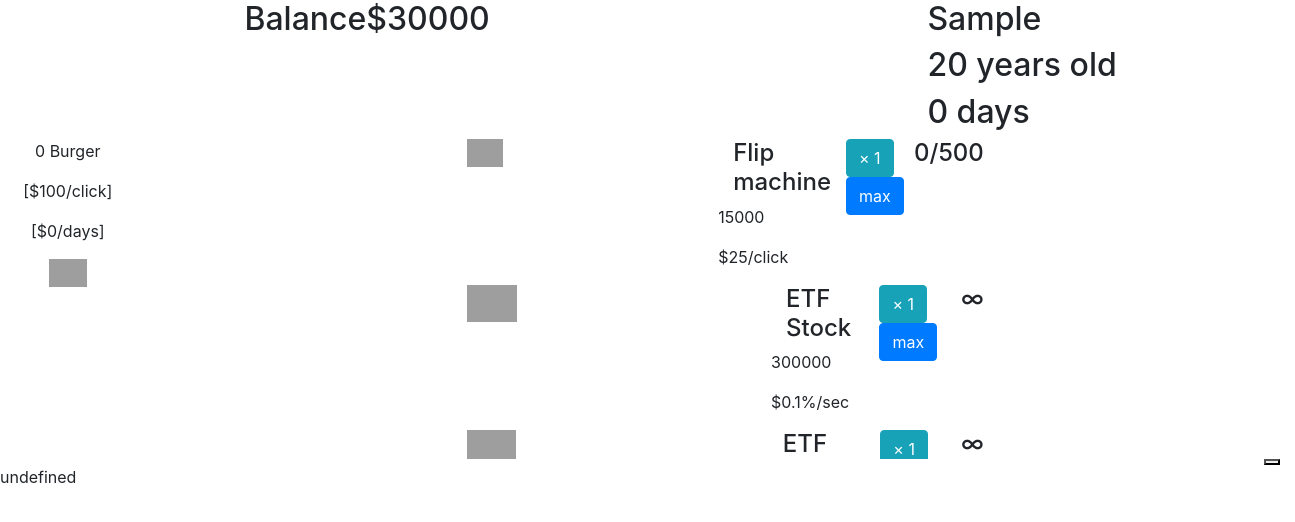
Repository: yu-yaba/Clicker-empire-game
Page: index.html
These files come from the project's save history. The page is drawn as it stood at one moment and after the next save; the edit follows.
The browser window is 1280 px wide. The page is 1295 px wide, so the pictures cover 1295 px, including what lies to the right of the window. The pictures show the whole page.
Empty fields were first filled with sample values (such as "Sample", 5 or name@example.com).
After loading, the first visible `button.btn` was clicked once.
Pictures or frames that could not be fetched are drawn as grey boxes.

Above is the page before, as saved 2023-01-22 10:28:07.

### index.html
<!DOCTYPE html>
<html lang="ja">
<head>
    <meta charset="UTF-8">
    <meta name="viewport" content="width=device-width, initial-scale=1.0">
    <link rel="stylesheet" href="stylesheet.css">
    <link rel="stylesheet" href="https://stackpath.bootstrapcdn.com/bootstrap/4.5.0/css/bootstrap.min.css" integrity="sha384-9aIt2nRpC12Uk9gS9baDl411NQApFmC26EwAOH8WgZl5MYYxFfc+NcPb1dKGj7Sk" crossorigin="anonymous">
    <title>Clicker Empire Game</title>
</head>
<body>
<div id="initial-form" class="">
    <div class="vh-100 bg-dark d-flex justify-content-center align-items-center">
        <div class="col-12 col-md-6 text-center">
            <div class="bg-white p-4">
                <h2>Clicker Empire Game</h2>
                <form onsubmit=" event.preventDefault();">
                    <div class="form-group">
                        <input type="name" class="form-controll col-11 my-3 text-center" placeholder="Your name" id="userName" required>
                    </div>
                    <div class="d-flex justify-content-around">
                        <button type="submit" class="btn btn-primary col-5" onclick="registerAccount()">New</button>
                        <button type="submit" class="btn btn-primary col-5" onclick="loginAccount()">Login</button>
                    </div>
                </form>
            </div>
        </div>
    </div>
</div>

<div id="main-page" class="d-none">
    <div class="vh-100 bg-dark justify-content-center align-items-center">
        <div class="col-12 col-md-11 justify-content-center container">
            <div class=>
                <div id="balance-info" class="col-12 col-md-7"></div>
                <div id="user-info" class="col-12 col-md-5 d-flex justify-content-center"></div>
            </div>
            <div class=>
                <div id="hamburger-info" class="col-12 col-md-4"></div>
                <div id="item-info" class="col-12 col-md-8"></div>
            </div>
            <div id="data-info"></div>
        </div>
    </div>
</div>
<script type="text/javascript" src="text.js"></script>
</body>
</html>

### stylesheet.css
.img-fluid {
    max-width: 40%;
    height: auto;
}

.available {
    color: rgb(19, 203, 19);
}

.no-available {
    color: red;
}

### text.js
const config = {
    initialForm : document.getElementById("initial-form"),
    mainPage : document.getElementById("main-page"),
    balanceInfo : document.getElementById("balance-info"),
    hamburgerInfo : document.getElementById("hamburger-info"),
    userInfo : document.getElementById("user-info"),
    itemInfo : document.getElementById("item-info"),
    dataInfo : document.getElementById("data-info"),
    userName : document.getElementById("userName"),
};

function displayBlock (ele) {
    ele.classList.remove("d-none");
    ele.classList.add("d-block");
}

function displayNone (ele) {
    ele.classList.remove("d-block");
    ele.classList.add("d-none");
}
class UserAccount {
    constructor(name, age, days, money, profitPerClick, profitPerSeconds, belongings, hamburger){
        this.name = name;
        this.age = age;
        this.days = days;
        this.money = money;
        this.profitPerClick = profitPerClick;
        this.profitPerSeconds = profitPerSeconds;
        this.belongings = belongings;
        this.hamburger = hamburger;
    }

    increaseHamburgerPerClick () {
        return this.hamburger ++;
    }

    addClickProfit () {
        return this.money += this.profitPerClick;
    }

    addSecondsProfit () {
        return this.money += this.profitPerSeconds;
    }

    reduceBalance (price) {
        return this.money -= price;
    }

    increaseDay () {
        return this.days ++;
    }

    growOld () {
        return this.age ++;
    }

    addProfit (profit, type) {
        if (type == "ability") return this.profitPerClick += profit;
        else return this.profitPerSeconds += profit;
    }


};

class Item {
    constructor(name, price, purchaseLimit, purchaseQuantity, profit, type, imgUrl){
        this.name = name;
        this.price = price;
        this.purchaseLimit = purchaseLimit;
        this.purchaseQuantity = purchaseQuantity;
        this.profit = profit;
        this.type = type;
        this.imgUrl = imgUrl;
    }

    increasePurchaseQuantity (quantity) {
        this.purchaseQuantity += quantity;
    }

    increaseAssets (quantity) {
        if (this.name == "ETF Stock") {
            this.profit = (this.price * (this.purchaseQuantity + quantity)) * 0.001;
            this.price *= 1.1;
        } else if (this.name == "ETF Bonds") {
            this.profit = (this.price * (this.purchaseQuantity + quantity)) * 0.0007;
        }
        return quantity;
    }
};

const itemList = [
    new Item("Flip machine", 15000, 500, 0, 25, "ability", "https://cdn-icons-png.flaticon.com/512/823/823215.png"),
    new Item("ETF Stock", 300000, Infinity, 0, 0.1, "investment", "https://cdn-icons-png.flaticon.com/512/4222/4222019.png"),
    new Item("ETF Bonds", 300000, Infinity, 0, 0.07, "investment", "https://cdn-icons-png.flaticon.com/512/2601/2601439.png"),
    new Item("Lemonade Stand", 30000, 1000, 0, 30, "realEstate", "https://cdn-icons-png.flaticon.com/512/941/941769.png"),
    new Item("Ice Cream Truck", 100000, 500, 0, 120, "realEstate", "https://cdn-icons-png.flaticon.com/512/3181/3181382.png"),
    new Item("House", 20000000, 100, 0, 32000, "realEstate", "https://cdn-icons-png.flaticon.com/512/619/619153.png"),
    new Item("TownHouse", 40000000, 100, 0, 64000, "realEstate", "https://cdn-icons-png.flaticon.com/512/2590/2590620.png"),
    new Item("Mansion", 250000000, 20, 0, 500000, "realEstate", "https://cdn-icons-png.flaticon.com/512/492/492058.png"),
    new Item("Industrial", 1000000000, 10, 0, 2200000, "realEstate", "https://cdn-icons-png.flaticon.com/512/1258/1258543.png"),
    new Item("Hotel Skyscraper", 10000000000, 5, 0, 25000000, "realEstate", "https://cdn-icons-png.flaticon.com/512/683/683255.png"),
    new Item("Bullet-Speed Sky Railway", 10000000000000, 1, 0, 30000000000, "realEstate", "https://cdn-icons-png.flaticon.com/512/3112/3112932.png")
]

function registerAccount () {
    let userData;
    if (config.userName.value == "yuya") userData = new UserAccount(yuya, 20, 0, 10000000, 100000, 1000, itemList, 0);
    else userData = new UserAccount (config.userName.value, 20, 0, 30000, 100, 0, itemList, 0);

    displayNone(config.initialForm);
    displayBlock(config.mainPage);
    config.mainPage.innerHTML ="";
    config.mainPage.append(createMainPage(userData));
    return userData;
}

function loginAccount () {
    let saveData = localStorage.getItem(config.userName.value);
    saveData = JSON.parse(saveData);

    if (saveData == null) {alert("データが見つかりませんでした");
        return false;
    } else {
        let loginItems = [];
        for (let i = 0; i < saveData["belongings"].length; i++) {
            let eachItem = saveData["belongings"][i];
            loginItems.push(new Item(eachItem["name"], eachItem["imgUrl"], eachItem["any"], eachItem["profit"], eachItem["purchaseQuantity"], eachItem["purchaseLimit"], eachItem["type"]))
        }

        let userData = new UserAccount(saveData["name"], saveData["age"], saveData["days"], saveData["money"], saveData["profitPerClick"], saveData["profitPerSeconds"], loginItems, saveData["hamburger"]);

    config.mainPage.innerHTML = "";
    displayNone(config.initialForm);
    displayBlock(config.mainPage);
    config.mainPage.append(createMainPage(userData))
    return userData;
    }
}


function createBalanceInfo (userData) {
    let balanceInfoCon = document.createElement("div");
    balanceInfoCon.classList.add("d-flex" ,"justify-content-center");
    balanceInfoCon.innerHTML =`
    <h2>Balance </h2>
    <h2> $${userData.money}</h2>
    `
    return balanceInfoCon;
}

function createUserInfo (userData) {
    let userInfoCon = document.createElement("div");
    userInfoCon.classList.add("d-flex", "flex-wrap");
    userInfoCon.innerHTML = `
    <div>
        <h2>${userData.name}</h2>
        <h2>${userData.age} years old</h2>
        <h2>${userData.days} days</h2>
    </div>
    `
    return userInfoCon;
}

function createHamburger (userData) {
    let hamburgerCon = document.createElement("div");
    hamburgerCon.classList.add("col-12", "col-md-4", "text-center");
    hamburgerCon.innerHTML = `
    <div class="p-0">
        <p>${userData.hamburger} Burger</p>
        <p>$${userData.profitPerClick}/click</p>
        <p>$${userData.profitPerSeconds}/days</p>
    </div>
    <div class="container-fluid">
        <img alt="" src='https://icons.veryicon.com/png/o/food--drinks/flat-color-restaurant-icon/hamburger-8.png' class="hamburger-btn w-50 w-lg-100">
    </div>
    `

    hamburgerCon.querySelector(".hamburger-btn").addEventListener("click", function () {
        hamburgerCon.querySelectorAll("p")[0].innerHTML = `${userData.increaseHamburgerPerClick()} Burgers`;
        config.balanceInfo.querySelectorAll("h2")[1].innerHTML =` $${userData.addClickProfit()}`;
    })
    return hamburgerCon;
}


function createItemList (userData, itemList) {
    let itemCon = document.createElement("div");
    itemCon.classList.add("col-12", "col-md-8");
    itemCon.innerHTML = `
    <div style="overflow: scroll; height: 20em;" >
        <div id="itemList">
        </div>
    </div>
    `

    let eachItemCon = document.createElement("div");
    for (let i = 0; i < itemList.length; i++) {
        eachItemCon.innerHTML += `
        <div class="d-flex">
            <div>
                <img alt="" src="${itemList[i].imgUrl}" class="col-2 col-md-3" >
            </div>
            <div>
                <h4 class="col-1">${itemList[i].name}</h4>
                <p class="updatePrice">${itemList[i].price}</p>
                <p>$${renderProfit(itemList[i])}</p>
            </div>
            <div>
                <button class="btn btn-info purchase-btn">× 1</button>
                <button class="btn btn-primary max-btn">max</button>
            </div>
            <div>
                <h4 class="stock">${renderNumOfPossession(itemList[i])}</h4>
            </div>
        </div>
        `
    }
    for (let i = 0; i < itemList.length; i++) {
    let purchaseBtn = eachItemCon.querySelectorAll(".purchase-btn")[i];
    purchaseBtn.addEventListener("click", function () {
        if (parseInt(itemList[i].price) > parseInt(userData.money)) {
            return alert("お金が足りません");
        } else if (itemList[i].purchaseLimit == itemList[i].purchaseQuantity) {
            return alert("これ以上購入できません");
        } else {
            userData.reduceBalance(itemList[i].price);
            userData.addProfit(itemList[i].increaseAssets(itemList[i].profit), itemList[i].type);
            return itemList[i].increasePurchaseQuantity(1);
        }
    })

    let maxBtn = eachItemCon.querySelectorAll(".max-btn")[i];
    maxBtn.addEventListener("click", function () {
    let totalAmount = Math.floor(userData.money / itemList[i].price);
    let total = totalAmount * itemList[i].price;
        if (total > parseInt(userData.money)) {
            return alert("お金が足りません");
        } else if (itemList[i].purchaseLimit == itemList[i].purchaseQuantity) {
            return alert("これ以上購入できません");
        } else {
            userData.reduceBalance(total);
            userData.addProfit(itemList[i].increaseAssets(parseInt(itemList[i].profit * totalAmount)), itemList[i].type);
            itemList[i].increasePurchaseQuantity(totalAmount);
        }
    })

    setInterval (function() {
        eachItemCon.querySelectorAll(".stock")[i].innerHTML = renderNumOfPossession(itemList[i]);
        if(itemList[i].name == "ETF Stock") eachItemCon.querySelectorAll(".updatePrice").innerHTML = `$${parseInt(itemList[i].price)}`
        if(itemList[i].purchaseQuantity == itemList[i].purchaseLimit) {
            AvailabilityPurchase(eachItemCon.querySelectorAll(".stock")[i], false);
        }
    }, 1000);
    }

    itemCon.querySelector("#itemList").append(eachItemCon);
    return itemCon;
}



function createData (userData) {
    let dataCon = document.createElement("div");
    dataCon.classList.add("d-flex", "justify-content-end");
    dataCon.innerHTML = `
    <button class="save-btn">
        <i class="fas fa-save fa-3x btn-color"></i>
    </button>
    `

    dataCon.querySelector(".save-btn").addEventListener("click", function () {
        let saveData = userData.name;
        userData = JSON.stringify(userData);
        localStorage.setItem(saveData, userData);
        alert("データを保存しました。");
    })
    return dataCon;
}


function startInterval (userData) {
    let processPerSeconds = setInterval(function () {
        config.hamburgerInfo.querySelectorAll("p").item(1).innerHTML = `[$${userData.profitPerClick}/click]`;
        config.hamburgerInfo.querySelectorAll("p").item(2).innerHTML = `[$${parseInt(userData.profitPerSeconds)}/days]`;

        config.userInfo.querySelectorAll("h2")[2].innerHTML = `${userData.increaseDay()} days`;
        config.balanceInfo.querySelectorAll("h2")[1].innerHTML = ` $${parseInt(userData.addSecondsProfit())}`;

        if (userData.days == 365) {
            userData.days = 1;
            userData.growOld();
            userInfo.querySelectorAll("h2")[2].innerHTML =`${userData.age} years old`
        }
    }, 1000);
}

function createMainPage (userData) {
    config.balanceInfo.append(createBalanceInfo(userData));
    config.userInfo.append(createUserInfo(userData));
    let headerCon = document.createElement("div");
    headerCon.classList.add("row");
    headerCon.append(config.balanceInfo, config.userInfo);

    config.hamburgerInfo.append(createHamburger(userData));
    config.itemInfo.append(createItemList(userData, itemList));
    let bodyCon = document.createElement("div");
    bodyCon.classList.add("row", "justify-content-center");
    bodyCon.append(config.hamburgerInfo, config.itemInfo);

    config.dataInfo.append(createData(userData));
    startInterval(userData);
    config.mainPage.append(headerCon, bodyCon, config.dataInfo)
}



function renderProfit (item) {
    if (item.type == "ability") return `${item.profit}/click`;
    else if (item.name == "ETF Stock") return "0.1%/sec";
    else if (item.name == "ETF Bonds") return "0.07%/sec";
    else return `${item.profit}/sec`;
}

function renderNumOfPossession (item) {
    if (item.type == "investment") return "∞";
    else return item.purchaseQuantity + "/" + item.purchaseLimit;
}

function AvailabilityPurchase(ele, bool) {
    if(bool == true) {
        ele.classList.remove("no-available");
        ele.classList.add("available");
    } else {
        ele.classList.remove("no-available");
        ele.classList.add("available");
    }
}

After the next save:
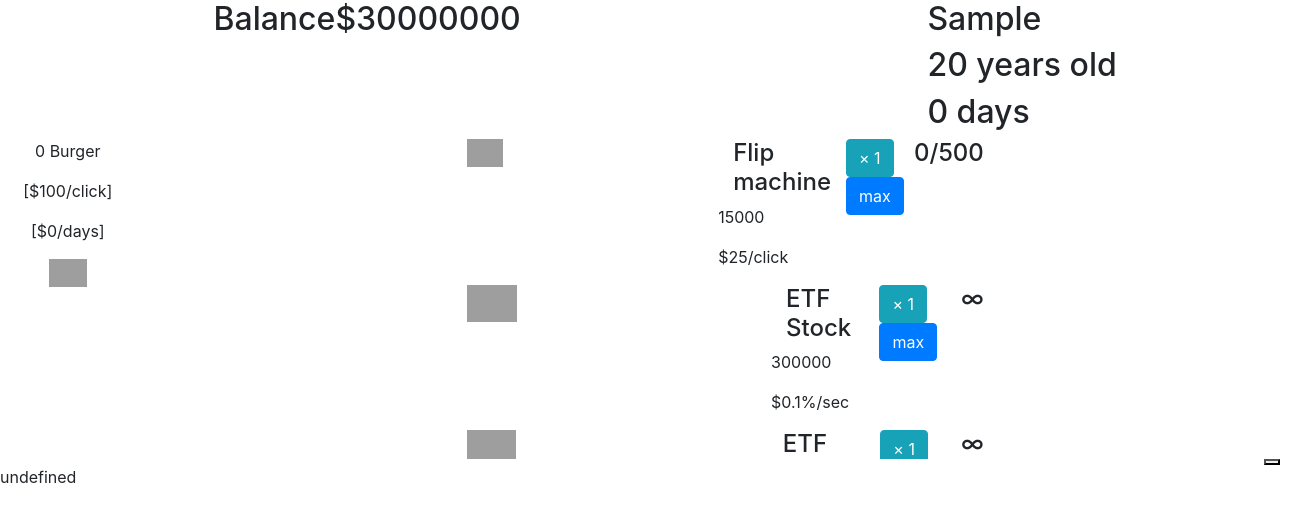
Saved 12 s later.
--- a/text.js
+++ b/text.js
@@ -105,7 +105,7 @@ const itemList = [
 function registerAccount () {
     let userData;
     if (config.userName.value == "yuya") userData = new UserAccount(yuya, 20, 0, 10000000, 100000, 1000, itemList, 0);
-    else userData = new UserAccount (config.userName.value, 20, 0, 30000, 100, 0, itemList, 0);
+    else userData = new UserAccount (config.userName.value, 20, 0, 30000000, 100, 0, itemList, 0);
 
     displayNone(config.initialForm);
     displayBlock(config.mainPage);
